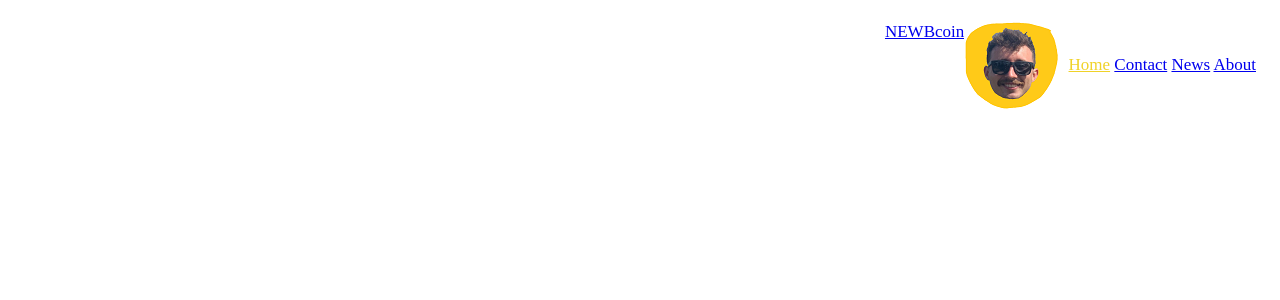
Repository: heartcut/NEWBCOINsite
Page: index.html
The author's editor kept a copy of each file at every save. The page is drawn from the files as they stood at one save, then again after the next save.
The browser window is 1280 px wide. The pictures show the whole page.

Above is the page before, as saved 2022-02-08 19:59:27.
Not found: js/scripts.js

### index.html
<!doctype html>

<html lang="en">

<head>
    <meta charset="utf-8">
    <meta name="viewport" content="width=device-width, initial-scale=1">

    <title>A Basic HTML5 Template</title>
    <meta name="description" content="A simple HTML5 Template for new projects.">
    <meta name="author" content="SitePoint">

    <meta property="og:title" content="A Basic HTML5 Template">
    <meta property="og:type" content="website">
    <meta property="og:url" content="https://www.sitepoint.com/a-basic-html5-template/">
    <meta property="og:description" content="A simple HTML5 Template for new projects.">
    <meta property="og:image" content="image.png">
    <!-- forfavicon -->
    <link rel="icon" type="image/png" href="favicon-32x32.png">
    <!-- forfavicon -->
    <link rel="stylesheet" href="styles.css">

</head>

<body>
    <div class="topnav">


        <img src="newbcoinlogo.png" style="vertical-align:middle;" alt="logo" />
        <a href="#news" id="navbarleft">NEWBcoin</a>


        <a class="active" href="#home">Home</a>
        <a href="#contact">Contact</a>
        <a href="#news">News</a>

        <a href="#about">About</a>
    </div>
    <script src="js/scripts.js"></script>
</body>

</html>

### styles.css
/* Add a black background color to the top navigation */
.topnav {
    overflow: hidden;

  }

  /* Style the links inside the navigation bar */
  .topnav {
    float: right;
    color: #0e0d0d;
    text-align: center;
    padding: 14px 16px;
    text-decoration: none;
    font-size: 17px;
  }

  /* Change the color of links on hover */
  .topnav a:hover {
    color: rgb(240, 210, 40);
  }
 #navbarleft{
     float: left;
 }
  /* Add a color to the active/current link */
  .topnav a.active {
    color: rgb(240, 210, 40);
  }

After the next save:
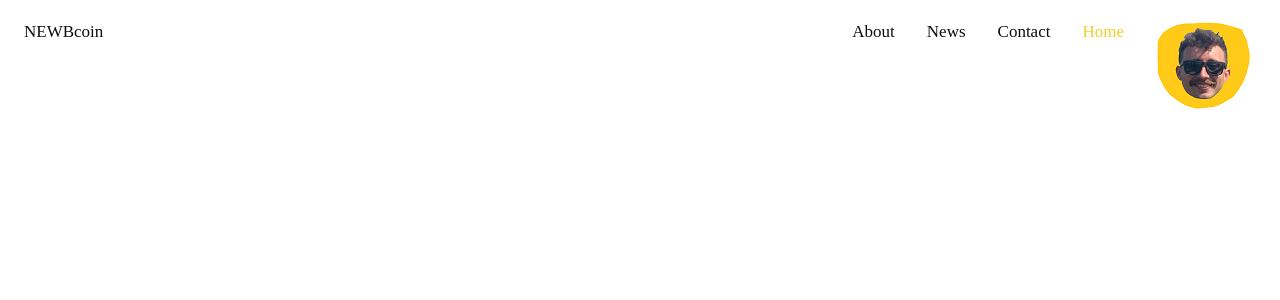
Saved 23 s later.
--- a/styles.css
+++ b/styles.css
@@ -5,7 +5,7 @@
   }
 
   /* Style the links inside the navigation bar */
-  .topnav {
+  .topnav a,img {
     float: right;
     color: #0e0d0d;
     text-align: center;
